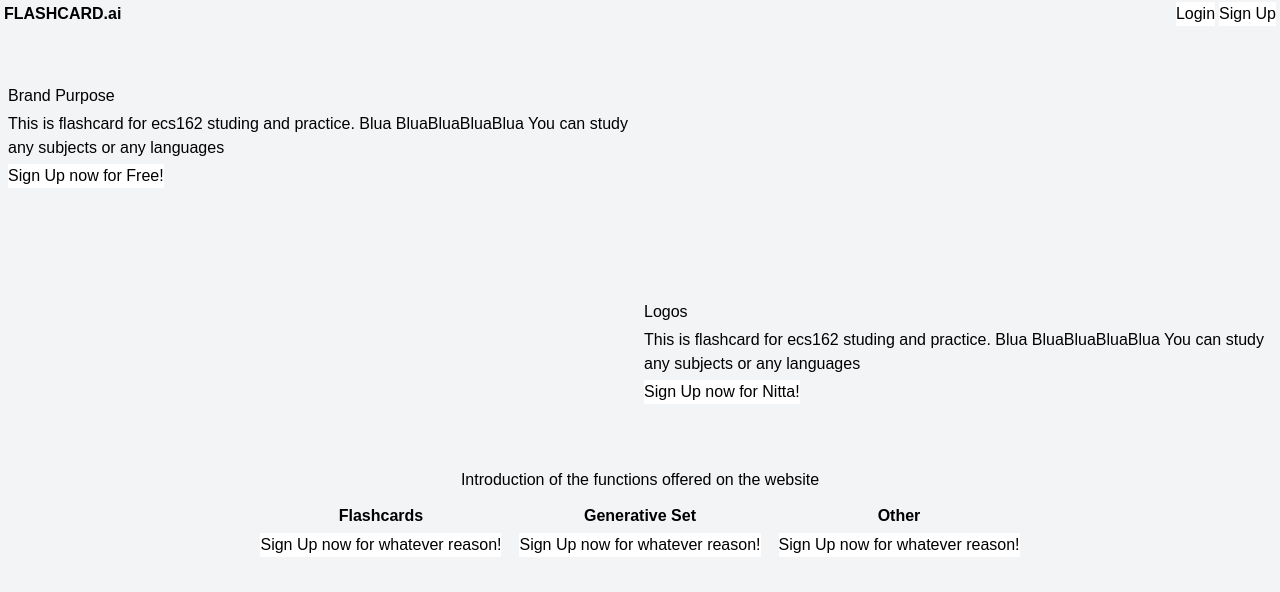
Repository: greg-chang/flashcard-website
Page: / (app in frontend/)
These files come from the project's save history. The page is drawn as it stood at one moment and after the next save; the edit follows.
The browser window is 1280 px wide. The pictures show the whole page.
The page's requests for data from a server got no answer. The project was rebuilt for these pictures with package versions that can differ from the ones it lists, and the page was loaded fresh each time. Some packages were replaced by stand-ins written for this rebuild. The framework's server and built-in components were replaced by stand-ins that run in the browser. No one was signed in, and anything a server would have sent is missing. Also part of the build but not shown: frontend/next.config.ts, frontend/src/app/components/CardComponent.tsx, frontend/src/app/components/UserInterface.tsx.

Above is the page before, as saved 2025-05-29 22:18:34.

### frontend/src/app/layout.tsx
import type { Metadata } from "next";
import { Geist, Geist_Mono } from "next/font/google";
import { ClerkProvider } from '@clerk/nextjs';
import "./globals.css";

const geistSans = Geist({
  variable: "--font-geist-sans",
  subsets: ["latin"],
});

const geistMono = Geist_Mono({
  variable: "--font-geist-mono",
  subsets: ["latin"],
});

export const metadata: Metadata = {
  title: "Flashcard Website",
  description: "ECS 162 - Web Programming Final Project",
};

export default function RootLayout({
  children,
}: Readonly<{
  children: React.ReactNode;
}>) {
  return (
    <ClerkProvider>
      <html lang="en">
        <body
          className={`${geistSans.variable} ${geistMono.variable} antialiased`}
        >
          {children}
        </body>
      </html>
    </ClerkProvider>
  );
}

### frontend/src/app/page.tsx
'use client';
import Homepage from './components/Homepage';
import UserInterface from './components/UserInterface';
import Dashboard from './components/Dashboard';
import { useUser } from '@clerk/nextjs';

export default function Home() {
  const { isSignedIn, isLoaded } = useUser();
  if (!isLoaded) {
    return <div>Loading...</div>;
  }
  return (
    <main className="min-h-screen bg-gray-100">
      {isSignedIn ? <UserInterface /> : <Homepage />}
    </main>
  );
}

### frontend/src/app/globals.css
@import "tailwindcss";

:root {
  --background: var(--color-sand);
  --foreground: var(--color-walnut);
}

@theme {
  /* Light */
  --color-sand: #F0EAE2 ;
  /* Medium */
  --color-coffee: #937156 ;
  /* Medium Text */
  --color-walnut: #8F6E4F ;
  /* VERY DARK */
  --color-expresso: #341D09 ;
  /* DESATURATED MEDIUM */
  --color-mocha: #604E3C ;
}

@theme inline {
  --color-background: var(--background);
  --color-foreground: var(--foreground);
  --font-sans: var(--font-geist-sans);
  --font-mono: var(--font-geist-mono);
}
/*
@john found out that this is what caused the white text of white background
@media (prefers-color-scheme: dark) {
  :root {
    --background: #0a0a0a;
    --foreground: #ededed;
  }
} */

body {
  background: var(--background);
  color: var(--foreground);
  font-family: Arial, Helvetica, sans-serif;
}

### frontend/src/app/components/Homepage.tsx
'use client';
import {
  Box,
  Button,
  Center,
  Heading,
  Stack,
  Text,
  VStack,
  HStack,
  SimpleGrid,
  Flex,
} from '@chakra-ui/react';
import { SignInButton, SignUpButton } from '@clerk/nextjs';
import Header from './Header';

export default function Homepage() {
  return (
    <Box minH="100vh" bg="pink.50" color="black">
      <Header />
      {/* Intro*/}
      {/* https://www.chakra-ui.com/docs/components/simple-grid
      // https://www.chakra-ui.com/docs/components/stack */}
      <SimpleGrid columns={[1, null, 2]} spacing={8} p={8} alignItems="center">
        <VStack align="start" spacing={4}>
          <Heading size="lg">Brand Purpose</Heading>
          <Text>
            This is flashcard for ecs162 studing and practice. Blua BluaBluaBluaBlua You can study any subjects or any languages
          </Text>
          <SignUpButton mode="modal">
            <Button bg="white" _hover={{ bg: 'gray.100' }}>
              Sign Up now for Free!
            </Button>
          </SignUpButton>
        </VStack>
        <Box bg="pink.300" h="200px" borderRadius="full" />
      </SimpleGrid>

      {/* LOGO*/}
      <SimpleGrid columns={[1, null, 2]} spacing={8} p={8} alignItems="center">
        <Box bg="pink.400" h="200px" borderRadius="full" />
        <VStack align="start" spacing={4}>
          <Heading size="lg">Logos</Heading>

          <Text>This is flashcard for ecs162 studing and practice. Blua BluaBluaBluaBlua You can study any subjects or any languages</Text>
          <SignUpButton mode="modal">
            <Button bg="white" _hover={{ bg: 'gray.100' }}>
            Sign Up now for Nitta!
            </Button>
          </SignUpButton>
        </VStack>
      </SimpleGrid>

      {/* Funtionality introduction  Maybe add some content here?*/}
      <Center p={8}>
        <VStack spacing={6} w="full">
          <Heading size="md">Introduction of the functions offered on the website</Heading>
          <SimpleGrid columns={[1, null, 3]} spacing={6} w="full">
            {['Flashcards', 'Generative Set', 'Other'].map((feature) => (
              <Box key={feature} bg="pink.200" p={6} borderRadius="lg" textAlign="center">
                <Text fontWeight="bold" mb={4}>{feature}</Text>
                <SignUpButton mode="modal">
                  <Button bg="white" _hover={{ bg: 'gray.100' }}>
                    Sign Up now for whatever reason!
                  </Button>
                </SignUpButton>
              </Box>
            ))}
          </SimpleGrid>
        </VStack>
      </Center>
    </Box>
  );
}

### frontend/src/app/components/Header.tsx
'use client';
import {
  Box,
  Flex,
  Heading,
  Spacer,
  Button,
  HStack,
  Text,
} from '@chakra-ui/react';
import { SignInButton, SignUpButton, UserButton, useUser } from '@clerk/nextjs';

export default function Header() {
  const { isSignedIn, isLoaded } = useUser();

  return (
    <Box
      as="header"
      position="sticky"
      top={0}
      zIndex={10}
      bg="pink.200"
      px={4}
      py={2}
      shadow="sm"
    >
      <Flex align="center">
        {/* Logo */}
        <Heading size="md" color="black">
        <Flex
          fontSize="2xl"
          fontWeight="800"
          display="flex"
          alignItems="center"
        >
          FLASH
          <Text
            as="span"
            fontSize="2xl"
            fontWeight="800"
            color="green.600"
            maxWidth="60ch"
          >
            CARD
          </Text>
          .ai
        </Flex>
        </Heading>

        <Spacer />

        {/* Right side: Auth buttons or Avatar */}
        {isLoaded && (
          <HStack spacing={4}>
            {isSignedIn ? (
              <UserButton afterSignOutUrl="/" />
            ) : (
              <>
                <SignInButton mode="modal">
                  <Button size="sm" bg="white" _hover={{ bg: 'gray.100' }}>
                    Login
                  </Button>
                </SignInButton>
                <SignUpButton mode="modal">
                  <Button size="sm" bg="white" _hover={{ bg: 'gray.100' }}>
                    Sign Up
                  </Button>
                </SignUpButton>
              </>
            )}
          </HStack>
        )}
      </Flex>
    </Box>
  );
}

After the next save:
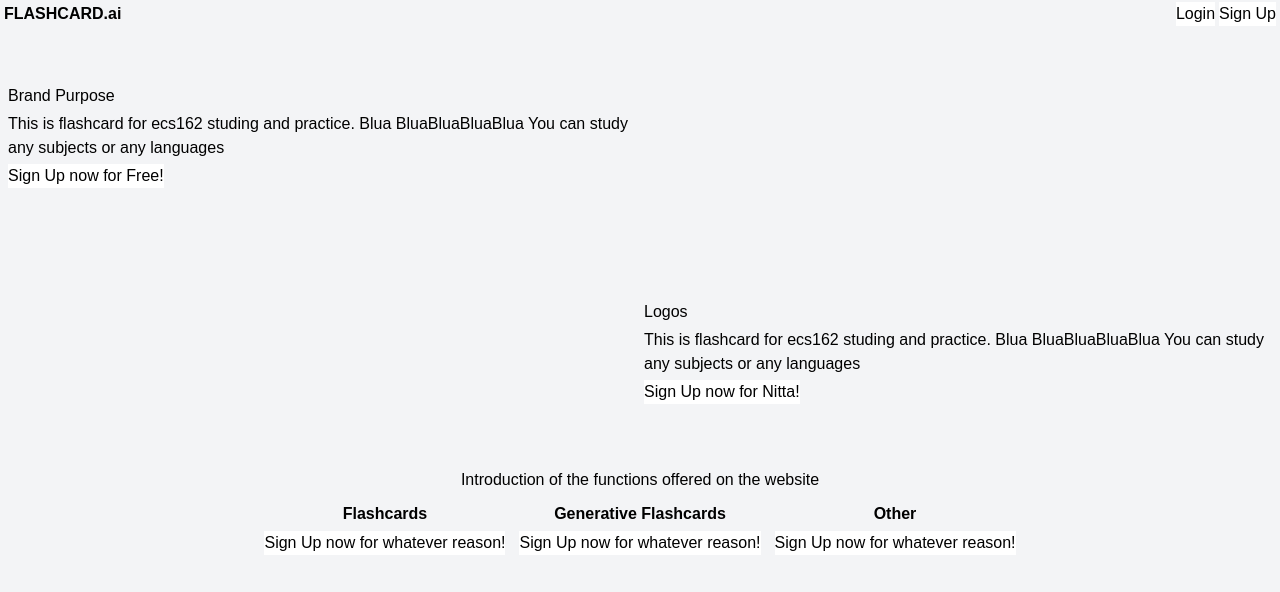
Saved 109 s later.
--- a/frontend/src/app/components/Homepage.tsx
+++ b/frontend/src/app/components/Homepage.tsx
@@ -56,8 +56,8 @@ export default function Homepage() {
         <VStack spacing={6} w="full">
           <Heading size="md">Introduction of the functions offered on the website</Heading>
           <SimpleGrid columns={[1, null, 3]} spacing={6} w="full">
-            {['Flashcards', 'Generative Set', 'Other'].map((feature) => (
-              <Box key={feature} bg="pink.200" p={6} borderRadius="lg" textAlign="center">
+            {['Flashcards', 'Generative Flashcards', 'Other'].map((feature) => (
+              <Box key={feature} bg="pink.250" p={4} borderRadius="lg" textAlign="center">
                 <Text fontWeight="bold" mb={4}>{feature}</Text>
                 <SignUpButton mode="modal">
                   <Button bg="white" _hover={{ bg: 'gray.100' }}>
